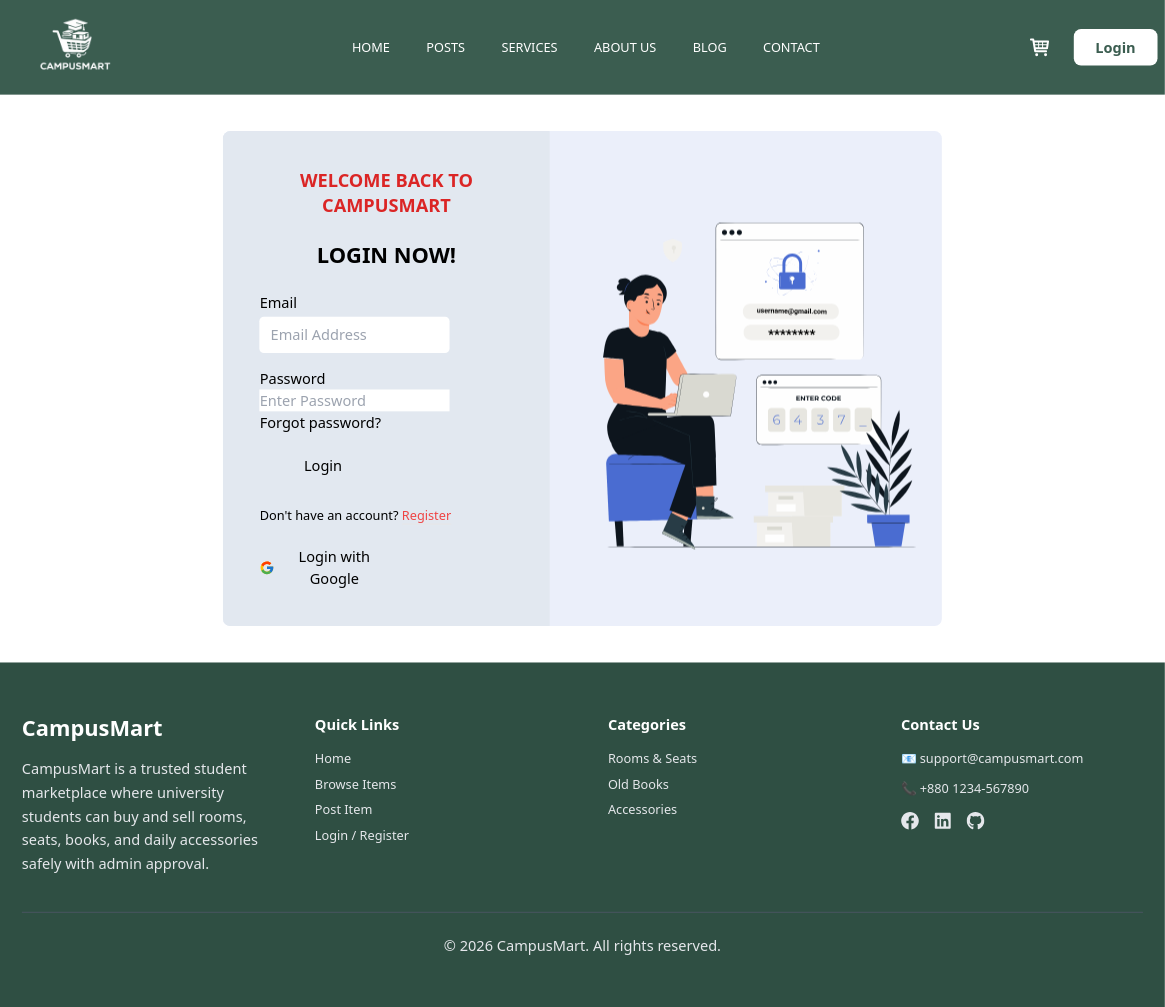
Repository: jahidhasanri/CAMPUSMART
Page: /login
An editor plug-in stored every save of this project. The page is shown before and after the next save, followed by the edit.
The browser window is 1280 px wide. The pictures show the whole page, at 91% of full size.
The project was rebuilt for these pictures with package versions that can differ from the ones it lists, and the page was loaded fresh each time. Also part of the build but not shown: vite.config.js, src/components/Banner.jsx, src/Pages/Home.jsx, src/Pages/Register.jsx.

Above is the page before, as saved 2026-01-13 23:21:35.

After the next save:
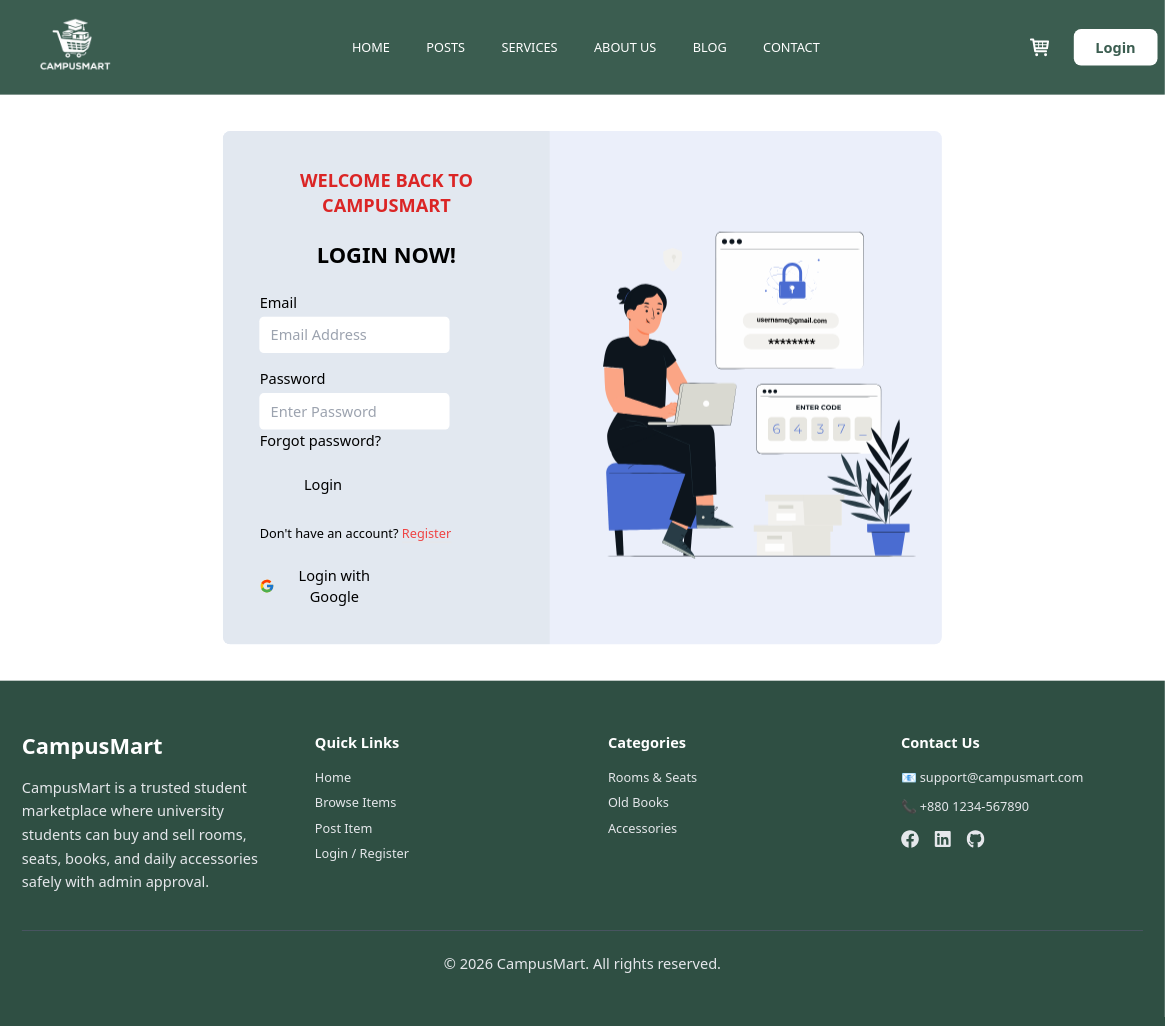
Saved 18 s later.
--- a/src/Pages/Login.jsx
+++ b/src/Pages/Login.jsx
@@ -106,7 +106,7 @@
             type="password"
             name="password"
             placeholder="Enter Password"
-            className="input input-bordered w-full lg:w-9/12 bg-white border-gray-300 "
+            className="input input-bordered w-full h-10 mt-1 rounded-[5px] pl-3 lg:w-9/12 bg-white border-gray-300 "
             required
           />
           </div>
